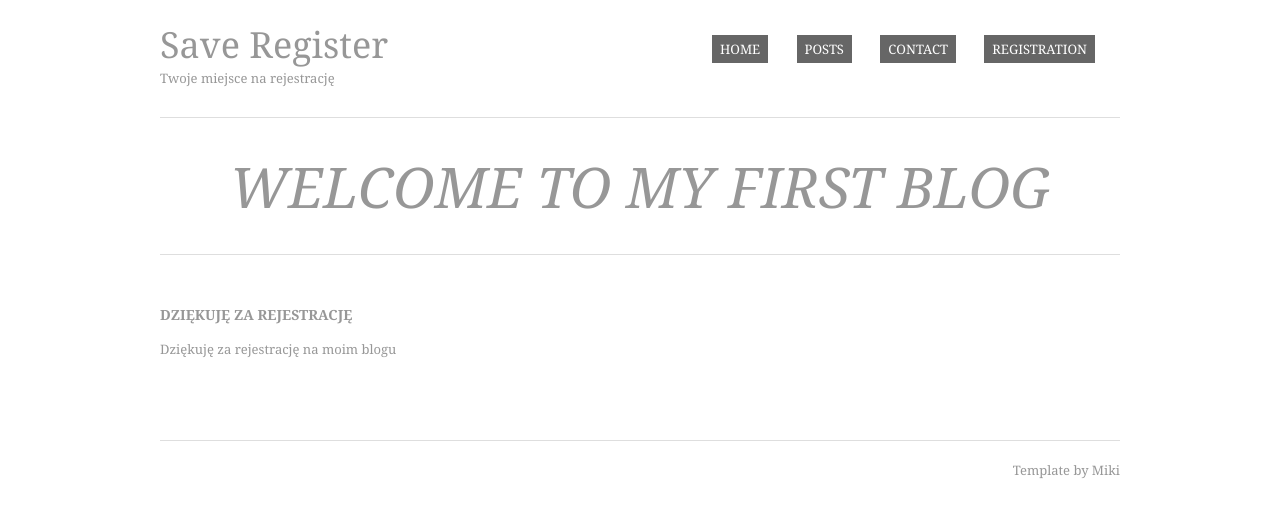
Repository: AnnaPolatynska/SpringCwiczenia
Page: http://localhost/saveRegister
These files come from the project's save history. The page is drawn as it stood at one moment and after the next save; the edit follows.
The browser window is 1280 px wide. The pictures show the whole page.
The page is this project's Thymeleaf template; nobody is signed in. The template is opened directly, without the code that normally fills it, so the values that code supplies are empty.

Above is the page before, as saved 2017-08-30 12:43:21.

### D-MVC-JAR/src/main/resources/templates/saveRegister.html
<!DOCTYPE html>
<html lang="en" dir="ltr" xmlns:th="http://www.thymeleaf.org">
<head>
<title>Save Register</title>
<meta charset="iso-8859-1" />
<link rel="stylesheet" href="layout.css" type="text/css" />
</head>
<body>
<div class="wrapper row1">
  <header id="header" class="clear">
    <div id="hgroup">
      <h1><a href="#">Save Register</a></h1>
      <h2>Twoje miejsce na rejestrację</h2>
    </div>
    <nav>
      <ul>
        <li><a href="#">Home</a></li>
        <li><a href="/LoginForm">Posts</a></li>
        <li><a href="/contact">Contact</a></li>
        <li><a href="/registerForm">Registration</a></li>
      </ul>
    </nav>
  </header>
</div>
<!-- content -->
<div class="wrapper row2">
  <div id="container" class="clear">
    <!-- content body -->
    <section id="shout">
      <h1>Welcome to my first Blog</h1>
    </section>
    <!-- main content -->
    <section id="services" class="clear">
      <!-- article 1 -->
      <article>
        <h2>Dziękuję za rejestrację</h2>
        <p>Dziękuję za rejestrację na moim blogu</p>
        <!-- <footer class="more"><a href="#">Read More &raquo;</a></footer> -->
      </article>
    </section>
    <!-- / content body -->
  </div>
</div>
<!-- footer -->
<div class="wrapper row3">
  <footer id="footer" class="clear">
    <p class="fl_right">Template by Miki</p>
  </footer>
</div>
</body>
</html>

### D-MVC-JAR/src/main/resources/static/layout.css
html{overflow-y:scroll;} /* Forces a scrollbar when the viewport is larger than the websites content - CSS3 */

body{margin:0; padding:0; font-size:13px; font-family:Georgia, "Times New Roman", Times, serif; color:#979797; background-color:#FFFFFF;}

.clear:after{content:"."; display:block; height:0; clear:both; visibility:hidden; line-height:0;}
.clear{display:block; clear:both;}
html[xmlns] .clear{display:block;}
* html .clear{height:1%;}

a{outline:none; text-decoration:none;}

code{font-weight:normal; font-style:normal; font-family:Georgia, "Times New Roman", Times, serif;}

.fl_left{float:left;}
.fl_right{float:right;}

img{margin:0; padding:0; border:none; line-height:normal; vertical-align:middle;}
.imgholder, .imgl, .imgr{padding:4px; border:1px solid #D6D6D6; text-align:center;}
.imgl{float:left; margin:0 15px 15px 0; clear:left;}
.imgr{float:right; margin:0 0 15px 15px; clear:right;}

/*----------------------------------------------HTML 5 Overrides-------------------------------------*/

address, article, aside, figcaption, figure, footer, header, nav, section{display:block; margin:0; padding:0;}

q{display:block; padding:0 10px 8px 10px; color:#979797; background-color:#ECECEC; font-style:italic; line-height:normal;}
q:before{content:'� '; font-size:26px;}
q:after{content:' �'; font-size:26px; line-height:0;}

/* ----------------------------------------------Wrapper-------------------------------------*/

div.wrapper{display:block; width:960px; margin:0 auto; padding:0; text-align:left;}

.row1, .row1 a{color:#979797; background-color:#FFFFFF;}
.row2{color:#979797; background-color:#FFFFFF;}
.row2 a{color:#FF9900; background-color:#FFFFFF;}
.row3{border-top:1px solid #DEDEDE;}
.row3, .row3 a{color:#979797; background-color:#FFFFFF;}

/*----------------------------------------------Generalise-------------------------------------*/

#header, #container, #footer{display:block; width:960px;}

nav ul{margin:0; padding:0; list-style:none;}

h1, h2, h3, h4, h5, h6{margin:0; padding:0; font-size:16px; font-weight:bold; font-style:normal; line-height:normal; text-transform:uppercase;}

address{font-style:normal;}

blockquote, q{display:block; padding:8px 10px; color:#979797; background-color:#ECECEC; font-style:italic; line-height:normal;}
blockquote:before, q:before{content:'� '; font-size:26px;}
blockquote:after, q:after{content:' �'; font-size:26px; line-height:0;}

.one_third, .two_third, .three_third{display:block; float:left; margin:0 30px 0 0;}
.one_third{width:300px;}
.two_third{width:630px;}
.three_third{width:960px; float:none; margin-right:0; clear:both;}
.lastbox{margin-right:0;}

/*----------------------------------------------Header-------------------------------------*/

#header{}

#header #hgroup{padding:20px 0 0 0; float:left;}
#header #hgroup h1, #header #hgroup h2{font-weight:normal; text-transform:none;}
#header #hgroup h1{font-size:36px;}
#header #hgroup h2{font-size:13px;}

#header nav{display:block; float:right; margin:20px 0 0 0; padding:20px 0;}
#header nav ul{}
#header nav li{display:inline; margin-right:25px; text-transform:uppercase;}
#header nav li.last{margin-right:0;}
#header nav li a{padding:5px 8px; color:#FFFFFF; background-color:#666666;}
#header nav li a:hover{color:#FF9900; background-color:#FFFFFF;}

/*----------------------------------------------Content Area-------------------------------------*/

#container{padding:30px 0;}
#container section{display:block; width:100%; margin:0 0 30px 0; padding:0;}
#container .last{margin:0;}
#container .more{text-align:right;}

/* ------Shout-----*/

#container #shout{margin-bottom:50px; padding:30px 0; border-top:1px solid #DEDEDE; border-bottom:1px solid #DEDEDE;}
#container #shout h1{font-size:56px; font-weight:normal; font-style:italic; text-transform:uppercase; text-align:center;}
#container #shout p{font-size:16px; margin-bottom:0; padding-bottom:0; line-height:1.8em;}

/* ------services-----*/

#container #services{margin-bottom:50px; line-height:1.6em;}
#container #services article{}
#container #services article h2{font-size:14px; margin-bottom:15px;}
#container #services article p{margin:0; padding:0;}
#container #services article img{float:left; width:80px; height:80px; margin:0 10px 10px 0; padding:4px; border:1px solid #DEDEDE;}
#container #services article footer{margin:10px 0 0 0;}

/*----------------------------------------------Footer-------------------------------------*/

#footer{padding:20px 0;}
#footer p{margin:0; padding:0;}

After the next save:
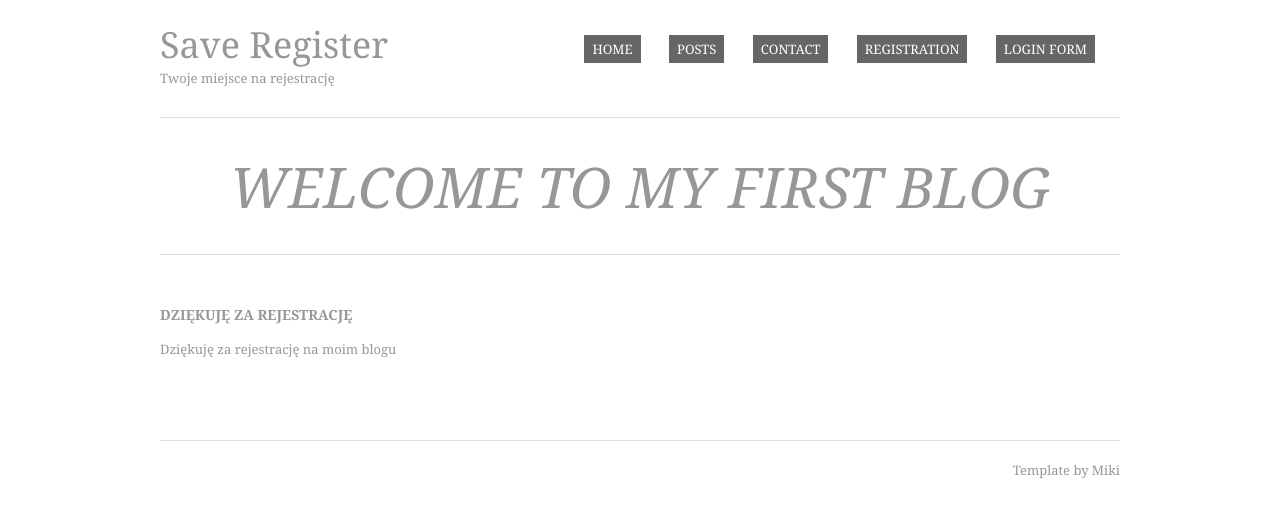
Saved 64 s later.
--- a/D-MVC-JAR/src/main/resources/templates/saveRegister.html
+++ b/D-MVC-JAR/src/main/resources/templates/saveRegister.html
@@ -14,10 +14,11 @@
     </div>
     <nav>
       <ul>
-        <li><a href="#">Home</a></li>
-        <li><a href="/LoginForm">Posts</a></li>
+        <li><a href="/">Home</a></li>
+        <li><a href="/blog">Posts</a></li>
         <li><a href="/contact">Contact</a></li>
         <li><a href="/registerForm">Registration</a></li>
+        <li><a href="/loginForm">Login form</a></li>
       </ul>
     </nav>
   </header>
